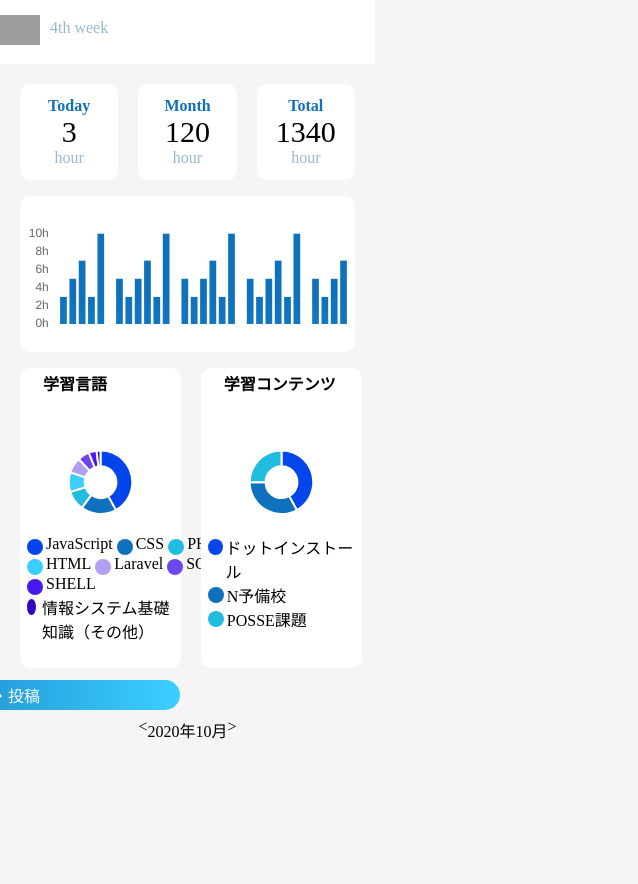
Repository: posse-ap/gen2.0-kamibayasitaito
Page: app/app.html
An editor plug-in stored every save of this project. The page is shown before and after a run of saves, followed by the edit.
The browser window is 375 px wide. The page is 638 px wide, so the pictures cover 638 px, including what lies to the right of the window. The pictures show the whole page.
Pictures or frames that could not be fetched are drawn as grey boxes. Some web libraries are served in a nearby version.

Above is the page before, as saved 2021-11-26 18:54:46.

After the next 3 saves:
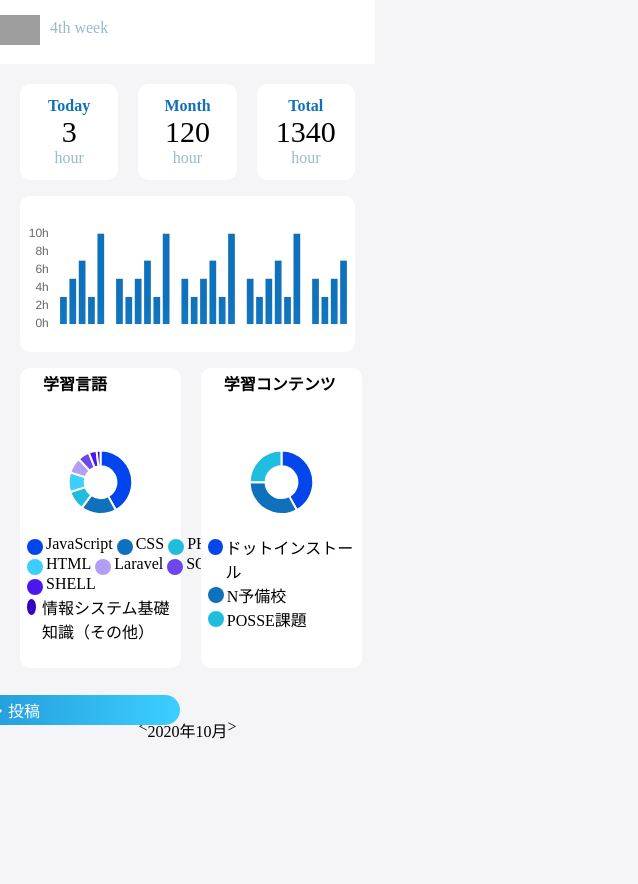
The 3 saves are shown as one change because they came seconds apart.
The last was saved 9 s later.
--- a/app/app_smartphone.css
+++ b/app/app_smartphone.css
@@ -323,7 +323,7 @@
             color: white;
               height: 30px;
               width:360px ;
-              transform: translate(-50%);
+              transform: translate(-50%,50%);
              border-radius: 30px;
               background: linear-gradient(to right,#0f71bc,#3ccfff);
               bottom: 90px;
